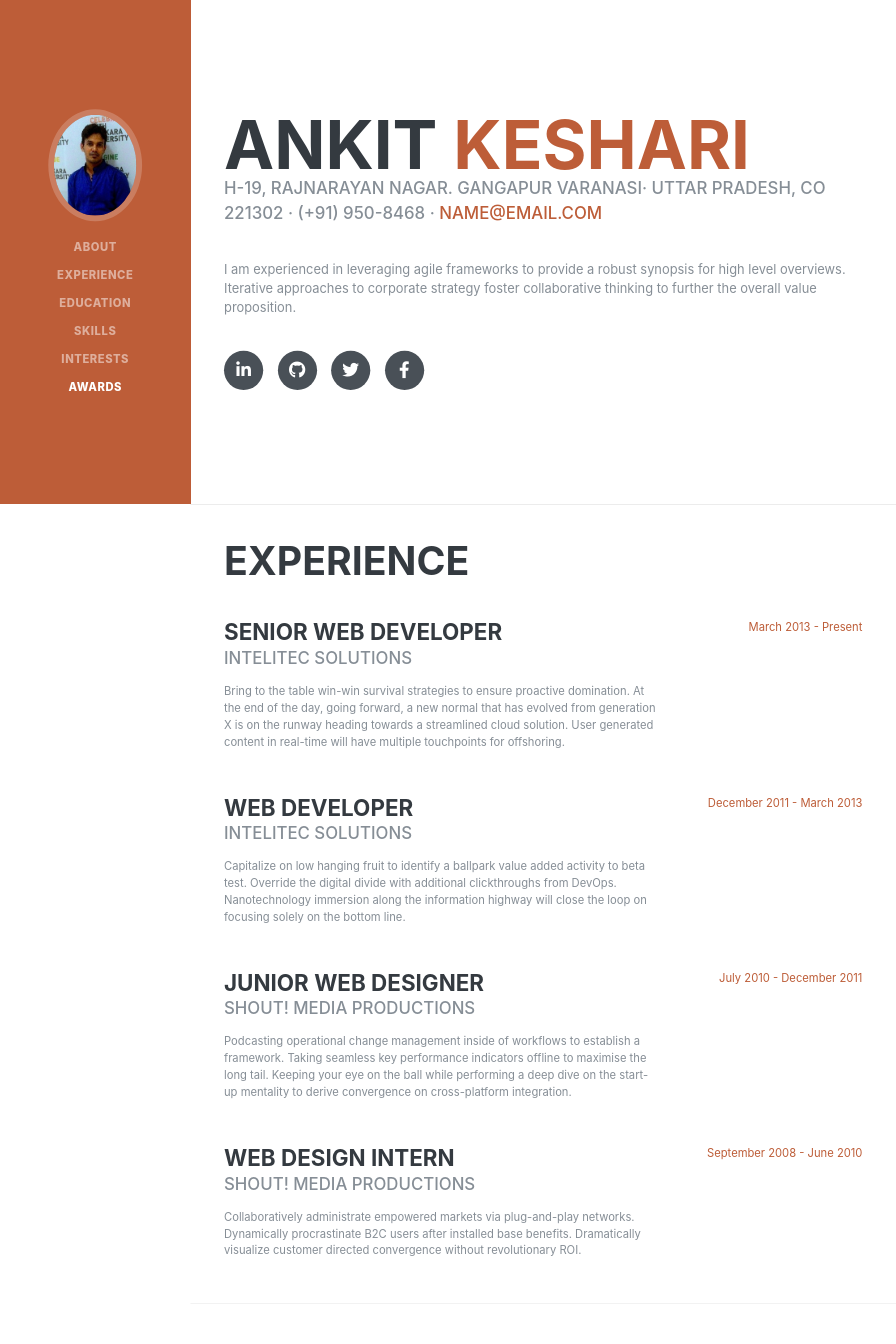
Repository: ankitkeshari719/ankitkeshari719.github.io
Page: index.html
The author's editor kept a copy of each file at every save. The page is drawn from the files as they stood at one save, then again after a run of saves.
The browser window is 1280 px wide. The pictures show the part of the page from y = 0 to 1920 px (the page is 4746 px tall), at 70% of full size.
Some web fonts or font styles are not loaded; a fallback is used.

Above is the page before, as saved 2020-03-13 15:53:24.

After the next 3 saves:
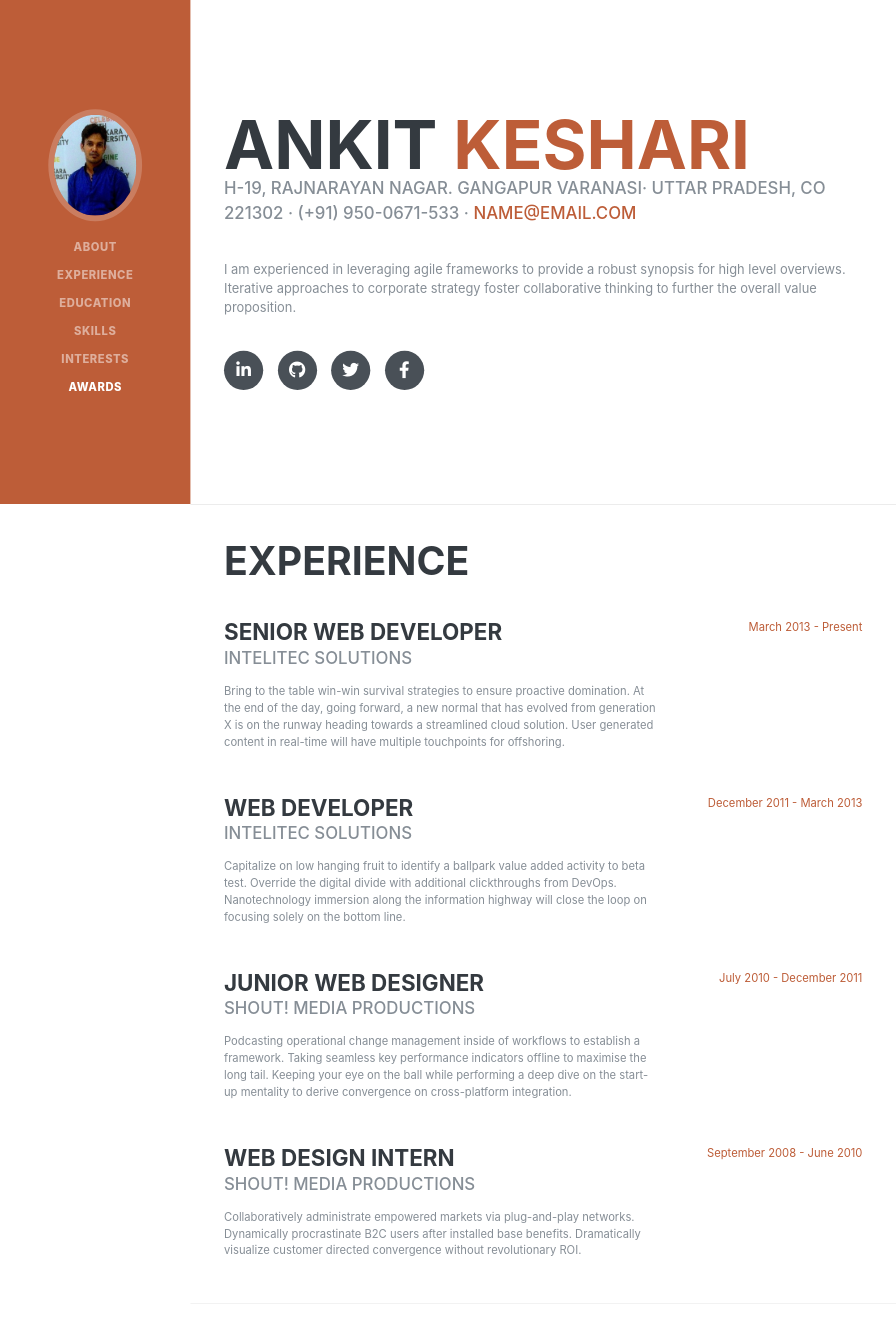
The 3 saves are shown as one change because they came seconds apart.
The last was saved 8 s later.
--- a/index.html
+++ b/index.html
@@ -65,7 +65,7 @@
         <h1 class="mb-0">Ankit
           <span class="text-primary">Keshari</span>
         </h1>
-        <div class="subheading mb-5">H-19, Rajnarayan Nagar. Gangapur Varanasi· Uttar Pradesh, CO 221302 · (+91) 950-8468 ·
+        <div class="subheading mb-5">H-19, Rajnarayan Nagar. Gangapur Varanasi· Uttar Pradesh, CO 221302 · (+91) 950-0671-533 ·
           <a href="mailto:name@email.com">name@email.com</a>
         </div>
         <p class="lead mb-5">I am experienced in leveraging agile frameworks to provide a robust synopsis for high level overviews. Iterative approaches to corporate strategy foster collaborative thinking to further the overall value proposition.</p>
